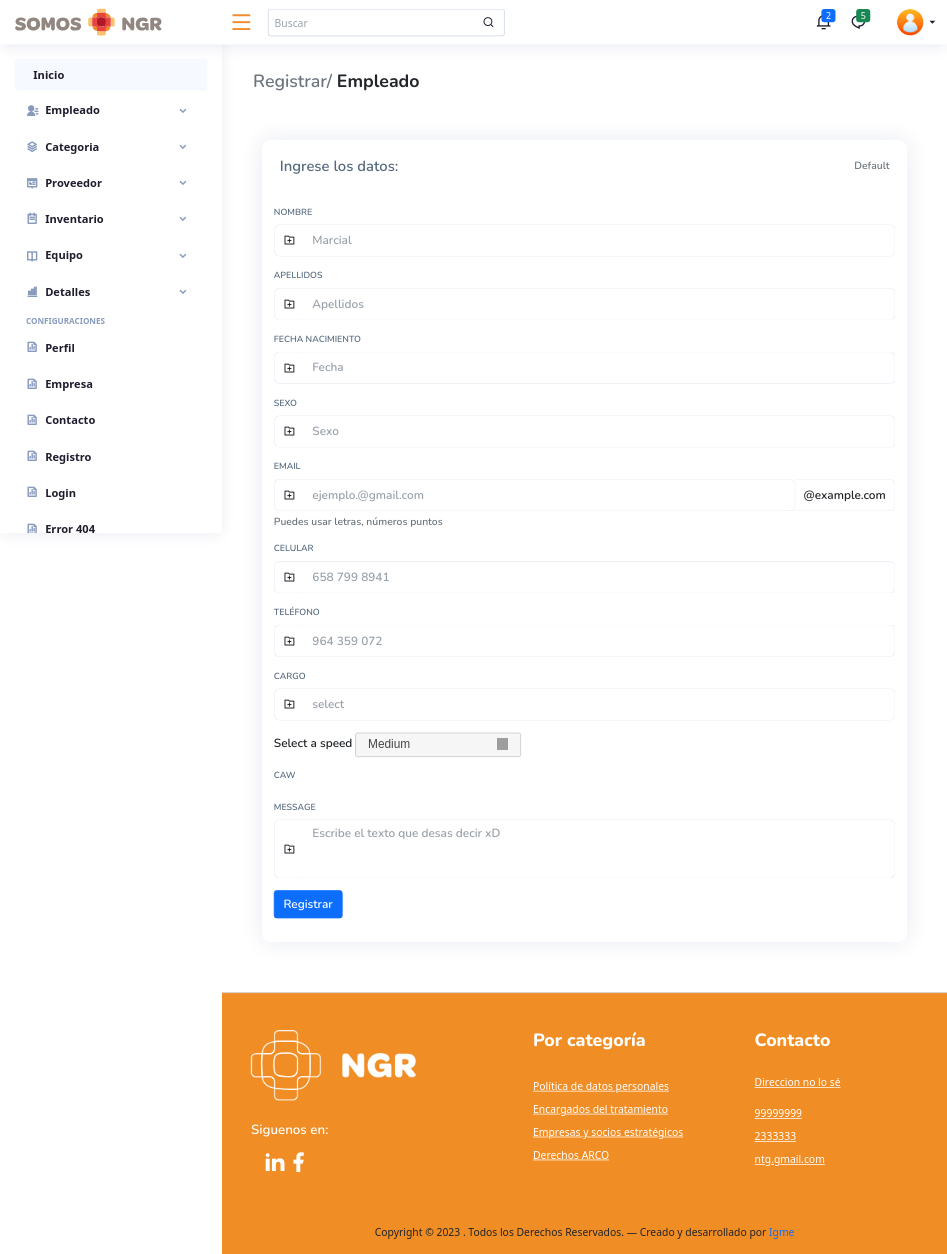
Repository: igmeMarcial/ProyectoLP-2023
Page: http://localhost/proyectoLP_2023/RegistrarEmpleado.jsp
These files come from the project's save history. The page is drawn as it stood at one moment and after the next save; the edit follows.
The browser window is 1280 px wide. The pictures show the whole page, at 74% of full size.
Pictures or frames that could not be fetched are drawn as grey boxes. Some web fonts or font styles are not loaded; a fallback is used. The page is served by Tomcat 9. The template is opened directly, without the code that normally fills it, so the values that code supplies are empty.

Above is the page before, as saved 2023-03-23 18:36:49.

After the next save:
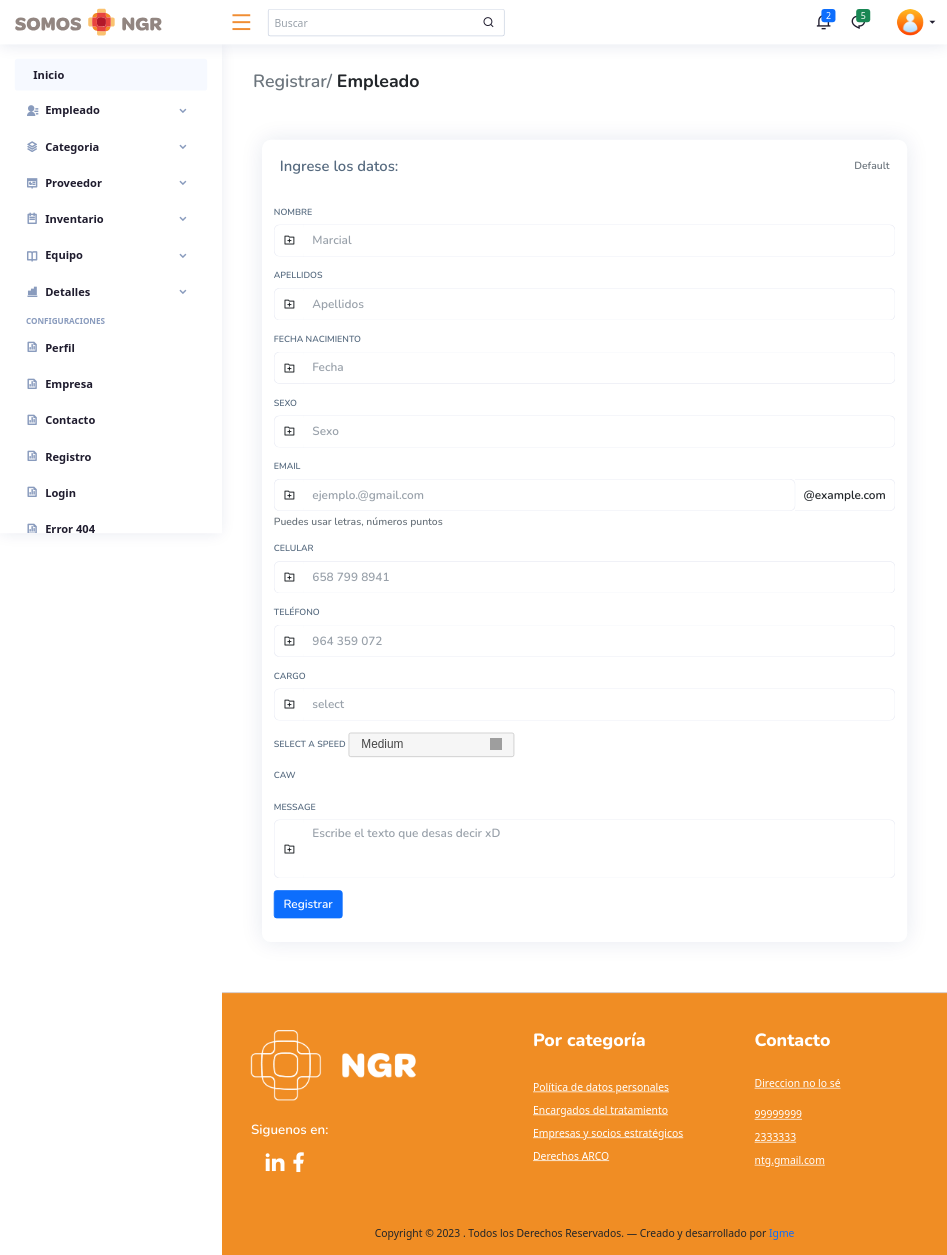
Saved 2 min 1 s later.
--- a/proyectoLP_2023/WebContent/RegistrarEmpleado.jsp
+++ b/proyectoLP_2023/WebContent/RegistrarEmpleado.jsp
@@ -373,7 +373,7 @@
 										</div>
 									</div>
 									<div class="mb-3">
-										<label for="speed">Select a speed</label>
+										<label class="form-label" for="speed">Select a speed</label>
 									    <select class="inputSelectMenu" name="sex" id="menuSelect">
 									      <option>Slower</option>
 									      <option>Slow</option>
